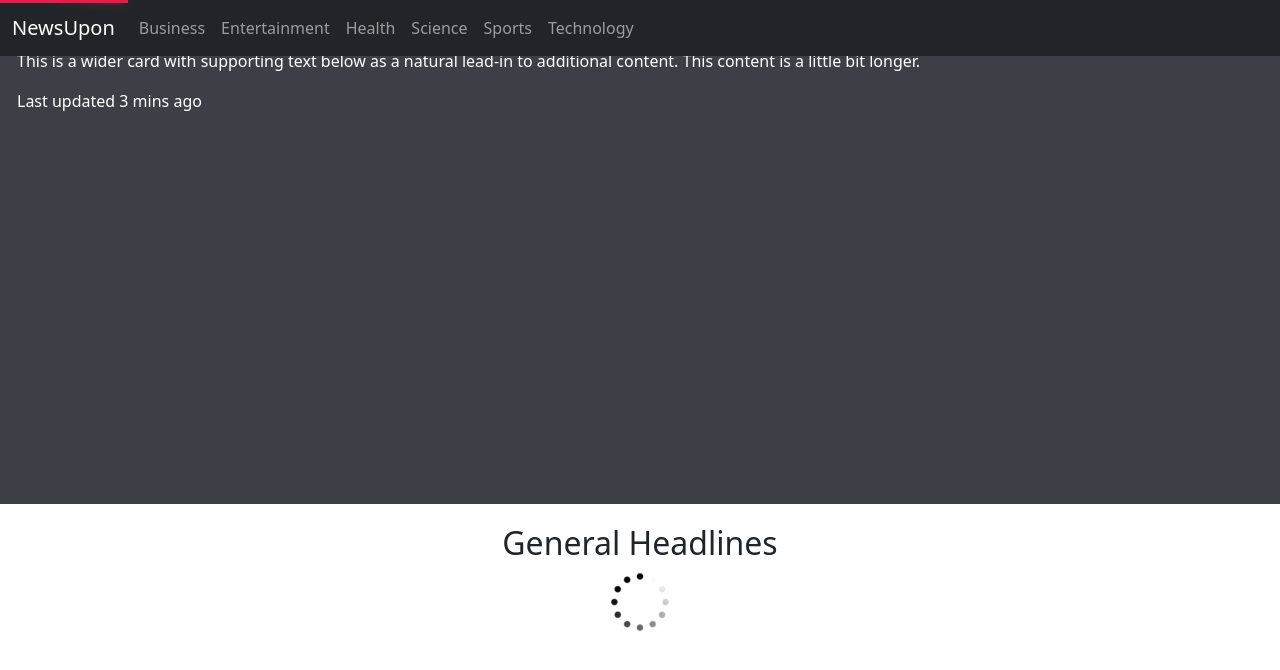
Repository: Akash33253/NewsUpon
Page: /
These files come from the project's save history. The page is drawn as it stood at one moment and after the next save; the edit follows.
The browser window is 1280 px wide. The pictures show the whole page.
The page's requests for data from a server got no answer. The project was rebuilt for these pictures with package versions that can differ from the ones it lists, and the page was loaded fresh each time. No one was signed in, and anything a server would have sent is missing. Also part of the build but not shown: src/index.css, src/components/NewsItem.js.

Above is the page before, as saved 2022-11-12 23:07:27.

After the next save:
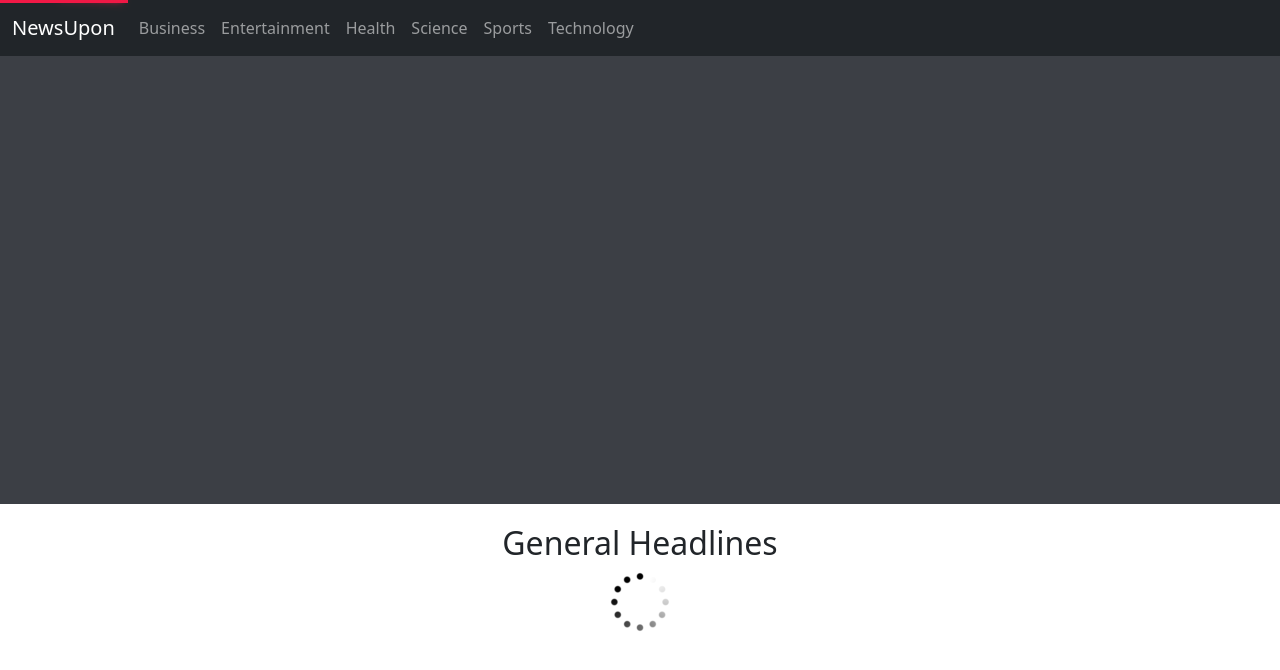
Saved 4 s later.
--- a/src/components/Banner.js
+++ b/src/components/Banner.js
@@ -1,16 +1,9 @@
 import React from 'react'
-import bannerImage from "./bannerImage.jpg"
+
 export default function Banner() {
   return (
-    <div id="banner" classNameName='container-fluid'>
-      <div className="card bg-dark text-white">
-        <img className="card-img" src="" alt="Card image" />
-        <div className="card-img-overlay">
-          <h5 className="card-title">Card title</h5>
-          <p className="card-text">This is a wider card with supporting text below as a natural lead-in to additional content. This content is a little bit longer.</p>
-          <p className="card-text">Last updated 3 mins ago</p>
-        </div>
-      </div>
+    <div id="banner">
+
     </div>
   )
 }
